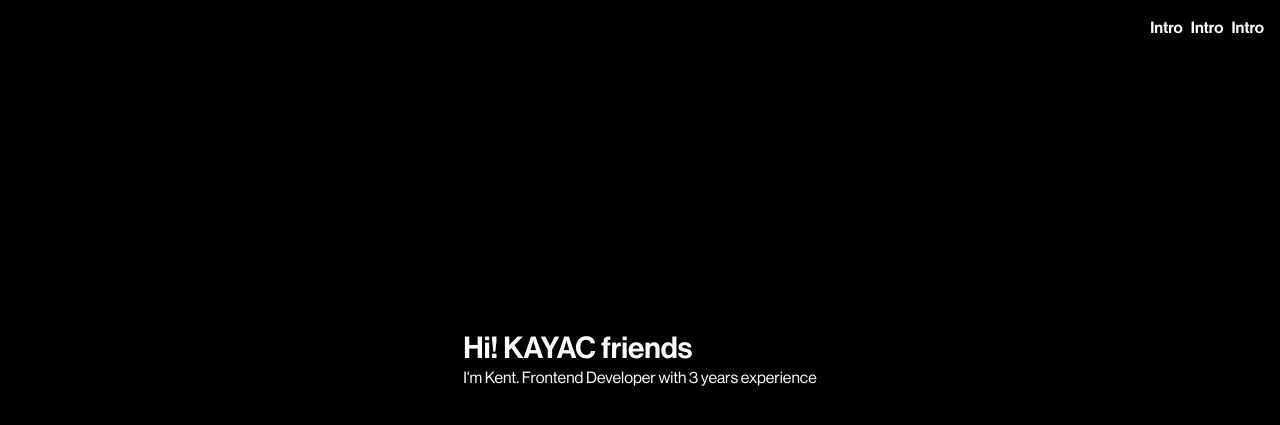
Repository: kentnathaniel/kayac-presentation
Page: /
These files come from the project's save history. The page is drawn as it stood at one moment and after the next save; the edit follows.
The browser window is 1280 px wide. The pictures show the whole page.
The project was rebuilt for these pictures with package versions that can differ from the ones it lists, and the page was loaded fresh each time. Also part of the build but not shown: vite.config.ts.

Above is the page before, as saved 2024-09-14 09:05:56.

After the next save:
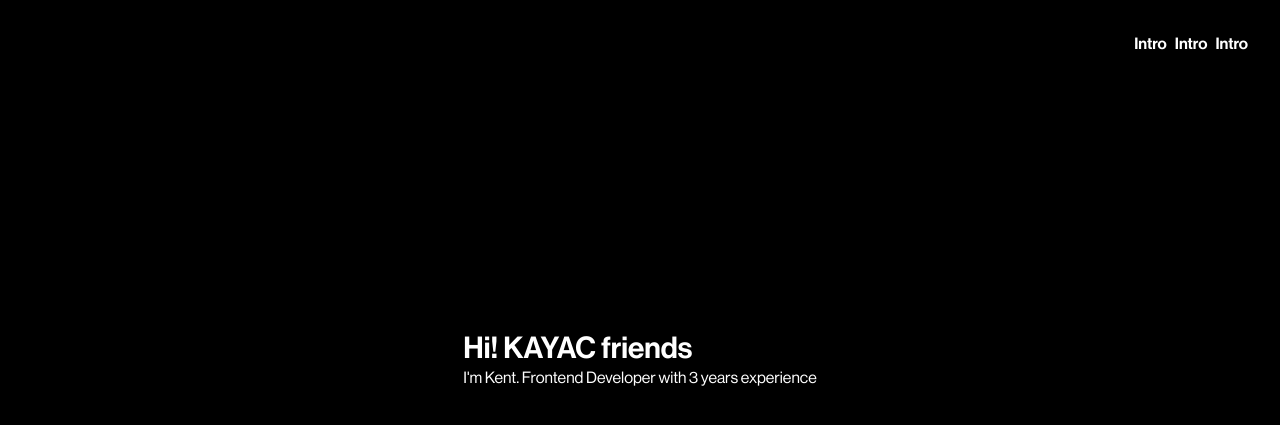
Saved 8 s later.
--- a/src/App.tsx
+++ b/src/App.tsx
@@ -1,7 +1,7 @@
 function App() {
   return (
     <div className="grid w-screen min-h-screen">
-      <div className="flex w-screen fixed top-0 gap-2 p-4 justify-end">
+      <div className="flex w-screen fixed top-0 gap-2 p-8 justify-end">
         <a>Intro</a>
         <a>Intro</a>
         <a>Intro</a>
